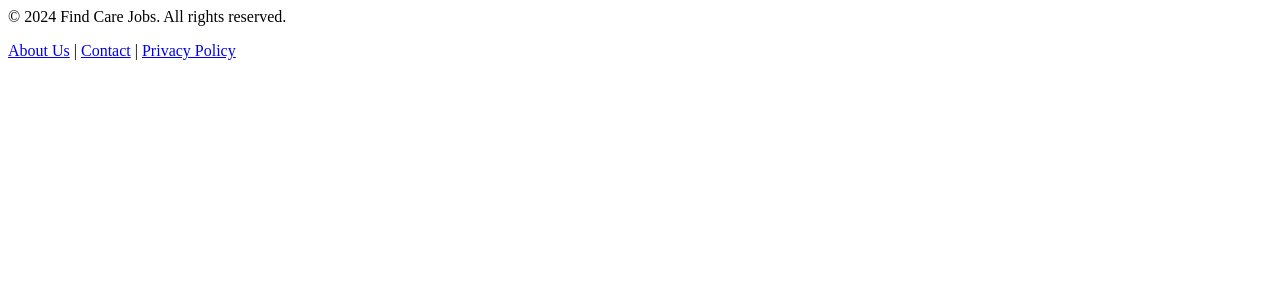
Repository: RichardCareJobs/find-care-jobs
Page: footer.html
The author's editor kept a copy of each file at every save. The page is drawn from the files as they stood at one save, then again after the next save.
The browser window is 1280 px wide. The pictures show the whole page.

Above is the page before, as saved 2024-12-02 20:55:29.

### footer.html
<!-- footer.html -->
<footer class="global-footer">
    <p>&copy; 2024 Find Care Jobs. All rights reserved.</p>
    <nav>
        <a href="about.html">About Us</a> |
        <a href="contact.html">Contact</a> |
        <a href="docs/Privacy Policy for Find Care Jobs.pdf">Privacy Policy</a>
    </nav>
</footer>

After the next save:
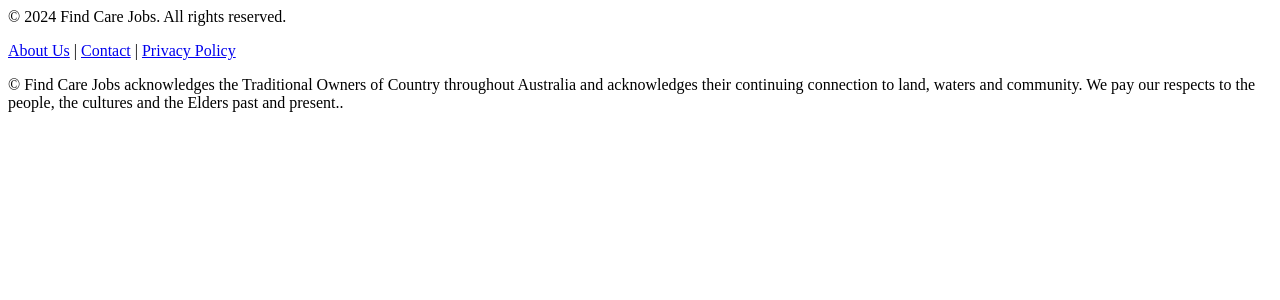
Saved 3 min 2 s later.
--- a/footer.html
+++ b/footer.html
@@ -6,4 +6,5 @@
         <a href="contact.html">Contact</a> |
         <a href="docs/Privacy Policy for Find Care Jobs.pdf">Privacy Policy</a>
     </nav>
+    <p>&copy; Find Care Jobs acknowledges the Traditional Owners of Country throughout Australia and acknowledges their continuing connection to land, waters and community. We pay our respects to the people, the cultures and the Elders past and present..</p>
 </footer>
